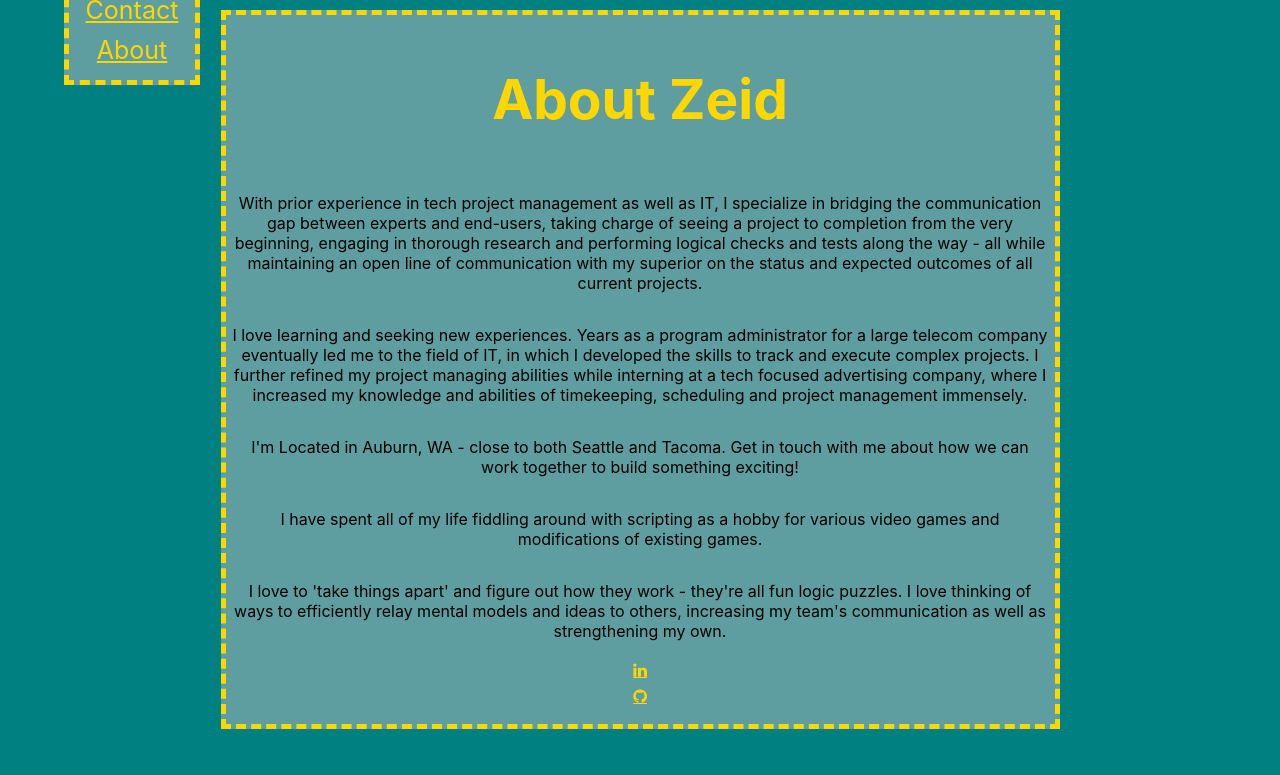
Repository: zeidalidiez/portfolioreact
Page: /About
The author's editor kept a copy of each file at every save. The page is drawn from the files as they stood at one save, then again after the next save.
The browser window is 1280 px wide. The pictures show the whole page.
The project was rebuilt for these pictures with package versions that can differ from the ones it lists, and the page was loaded fresh each time. Also part of the build but not shown: src/components/Thumbnail.js, src/components/Projects.js, src/components/Contact.js.

Above is the page before, as saved 2021-02-08 18:54:39.

After the next save:
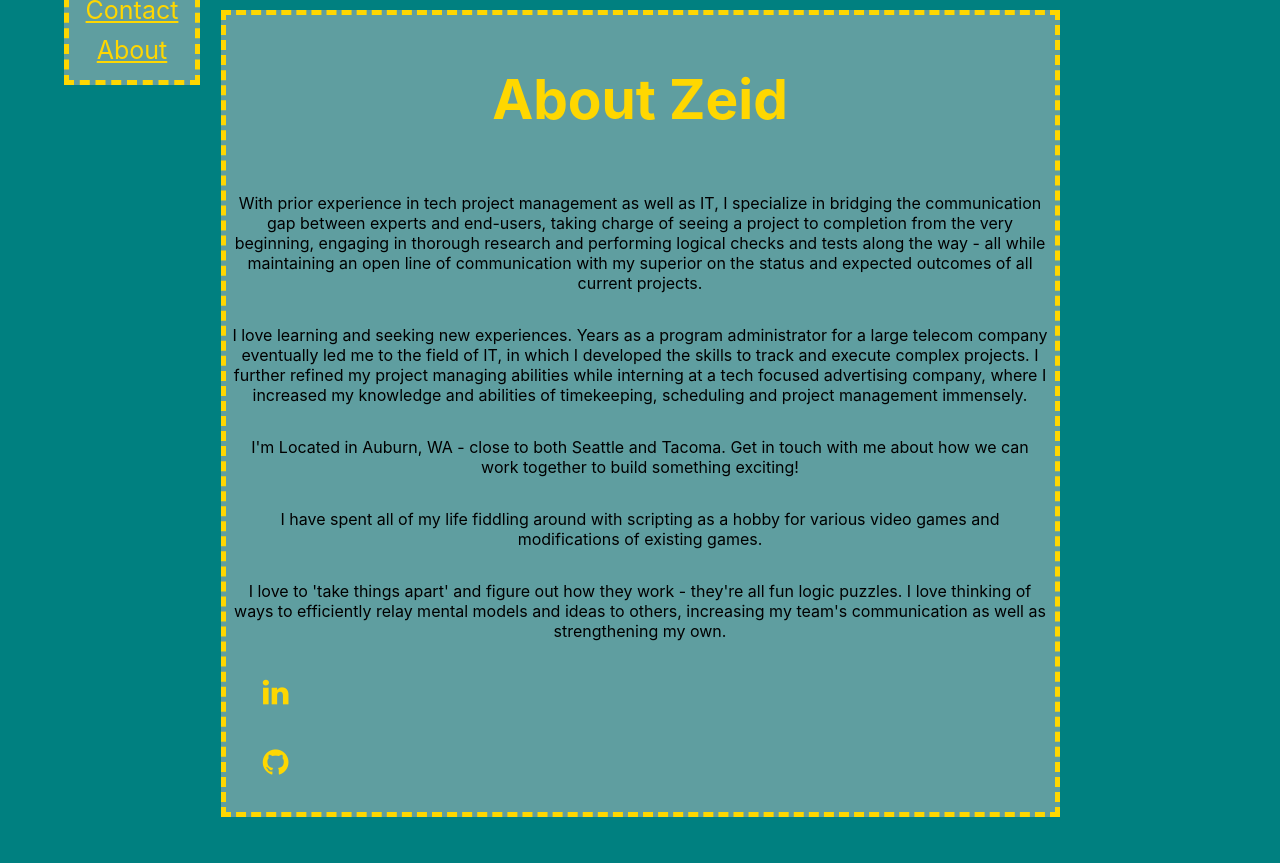
Saved 61 s later.
--- a/src/components/App.css
+++ b/src/components/App.css
@@ -129,6 +129,34 @@ form {
   resize: none;
 }
 
+/* Style all font awesome icons */
+.fa {
+  padding: 20px;
+  font-size: 30px;
+  width: 50px;
+  text-align: center;
+  text-decoration: none;
+}
+
+/* Add a hover effect if you want */
+.fa:hover {
+  opacity: 0.7;
+}
+
+/* Set a specific color for each brand */
+
+/* Facebook */
+.fa-facebook {
+  background: #3B5998;
+  color: white;
+}
+
+/* Twitter */
+.fa-twitter {
+  background: #55ACEE;
+  color: white;
+}
+
 @media screen and (max-width: 800px) {
   .navigation {
     text-align: center;
